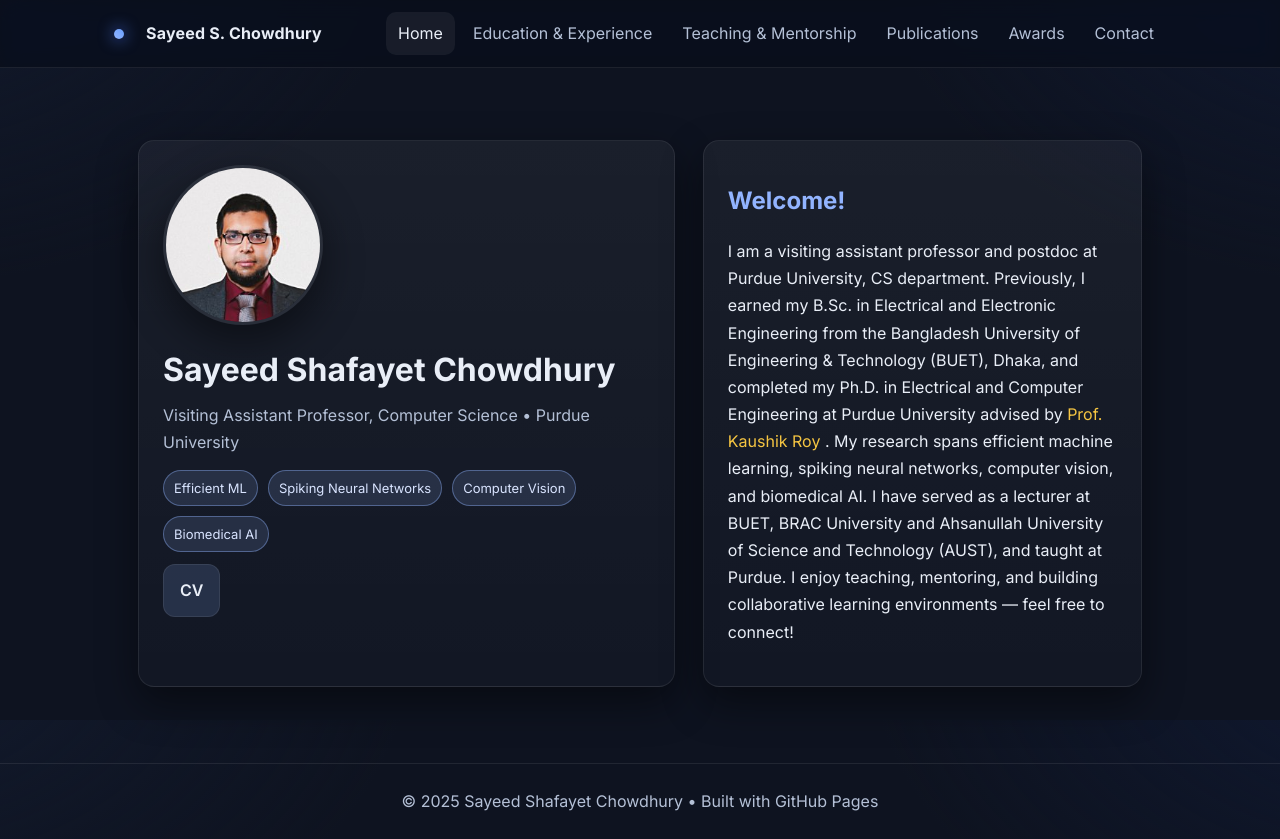
Repository: SayeedChowdhury/SayeedChowdhury.github.io
Page: index.html
The author's editor kept a copy of each file at every save. The page is drawn from the files as they stood at one save, then again after the next save.
The browser window is 1280 px wide. The pictures show the whole page.

Above is the page before, as saved 2025-08-11 12:04:02.

After the next save:
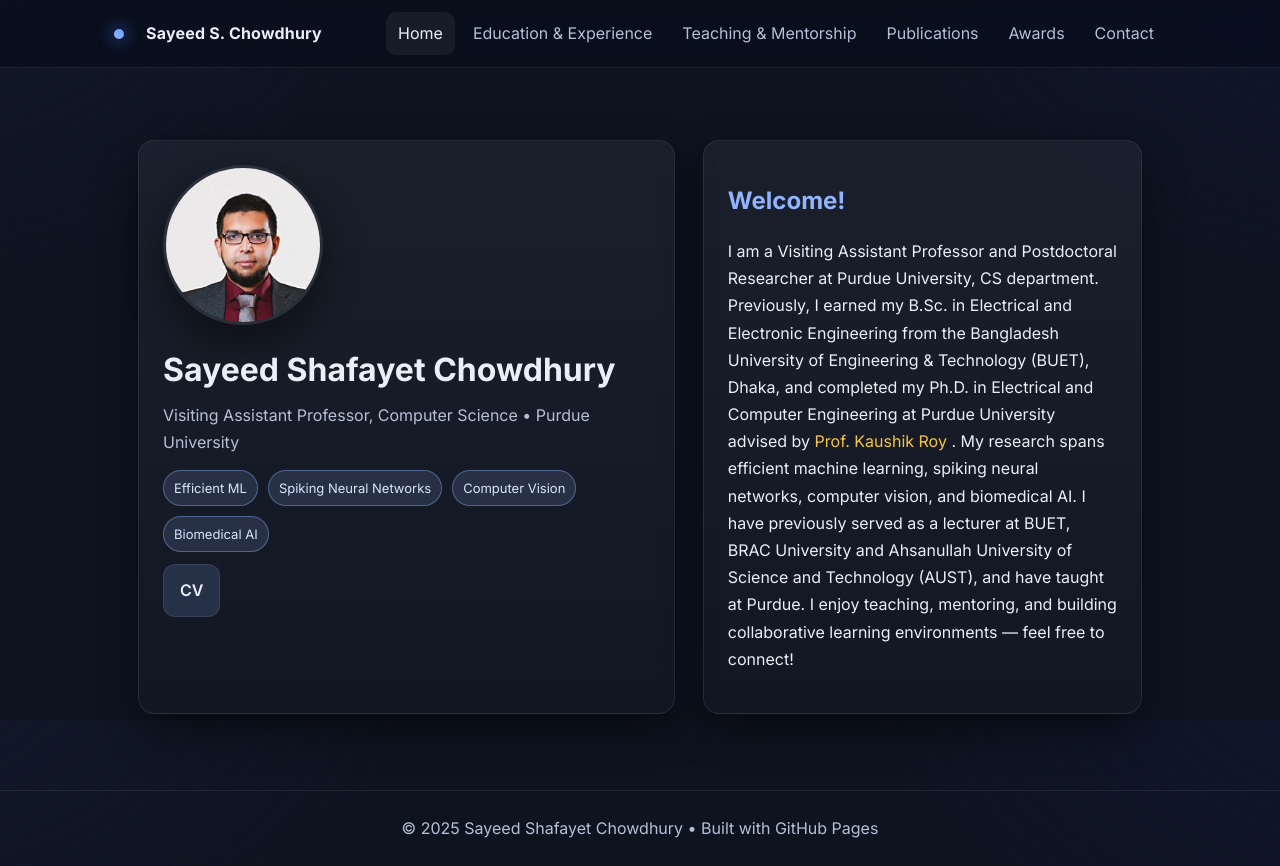
Saved 5 min 12 s later.
--- a/index.html
+++ b/index.html
@@ -49,14 +49,14 @@
   <div class="card">
     <h2>Welcome!</h2>
     <p>
-        I am a visiting assistant professor and postdoc at Purdue University, CS department.
+        I am a Visiting Assistant Professor and Postdoctoral Researcher at Purdue University, CS department.
         Previously, I earned my B.Sc. in Electrical and Electronic Engineering from the
         Bangladesh University of Engineering & Technology (BUET), Dhaka, and completed my Ph.D. in Electrical and Computer Engineering at Purdue University advised by
         <a href="https://scholar.google.com/citations?user=to4P8KgAAAAJ&hl=en" target="_blank" rel="noopener">
             Prof. Kaushik Roy
         </a>.
         My research spans efficient machine learning, spiking neural networks, computer vision, and biomedical AI.
-        I have served as a lecturer at BUET, BRAC University and Ahsanullah University of Science and Technology (AUST), and taught at Purdue.
+        I have previously served as a lecturer at BUET, BRAC University and Ahsanullah University of Science and Technology (AUST), and have taught at Purdue.
         I enjoy teaching, mentoring, and building collaborative learning environments — feel free to connect!
     </p>
 </div>
